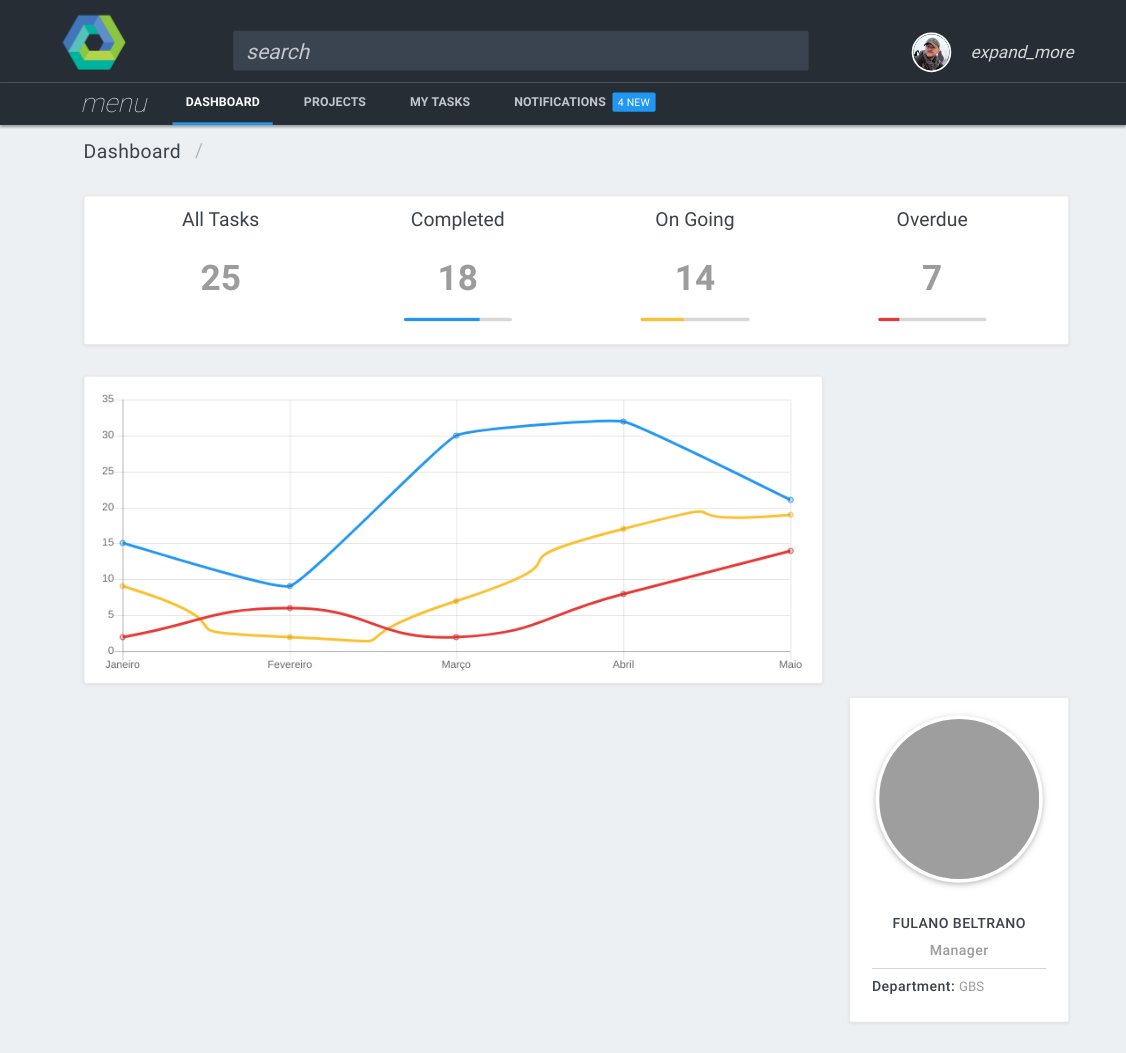
Repository: RenanChagas/ProjectManagement
Page: http://localhost/finalproject/WEB-INF/views/dashboard.jsp
The author's editor kept a copy of each file at every save. The page is drawn from the files as they stood at one save, then again after the next save.
The browser window is 1280 px wide. The pictures show the whole page, at 88% of full size.
Pictures or frames that could not be fetched are drawn as grey boxes. The page is served by Tomcat 9. Nobody is signed in. Other server files are loaded and not shown. The template is opened directly, without the code that normally fills it, so the values that code supplies are empty.

Above is the page before, as saved 2017-08-27 17:02:28.

### finalproject/src/main/webapp/WEB-INF/views/dashboard.jsp
<%@ page language="java" contentType="text/html; charset=ISO-8859-1" pageEncoding="ISO-8859-1"%>
<%@ taglib prefix="c" uri="http://java.sun.com/jsp/jstl/core"%>
<%@ taglib prefix="form" uri="http://www.springframework.org/tags/form"%>
<%@ taglib prefix="t" uri="http://www.springframework.org/tags"%>

<!DOCTYPE html>
<html lang="en">
<head>
  <meta http-equiv="Content-Type" content="text/html; charset=UTF-8"/>
  <meta name="viewport" content="width=device-width, initial-scale=1, maximum-scale=1.0"/>
  <title>Course Management</title>

  <!-- CSS  -->
  <link href="https://fonts.googleapis.com/icon?family=Material+Icons" rel="stylesheet">
  <link type="text/css" rel="stylesheet" media="screen,projection" href="<c:url value='/static/css/materialize.css' />"/>
  <link type="text/css" rel="stylesheet" media="screen,projection" href="<c:url value='/static/css/custom-css.css' />"/>

  <!--  Scripts-->
  <script src="<c:url value="/static/js/jquery-2.1.1.min.js" />"></script>
  <script src="<c:url value="/static/js/materialize.js" />"></script>
  <script src="<c:url value="/static/js/Chart.js" />"></script>
  <script src="<c:url value="/static/js/menu.js" />"></script>


</head>
<body>

	<!-- NAV TOP  -->
	<nav id="logo_nav" class="MDC-navbar-style MDC-shadow-0 hide-on-small-and-down">
    	<div class="nav-wrapper MDC-nav-margin">
    		<!--  NAV CONTAINER -->
      		<div class="row MDC-nav-top-container ">

        	<!-- Logo -->
        	<div class="col s12 m3 l2">
          		<div class="MDC-nav-logo-position">
          			<img src="<c:url value="/static/images/default/logo.png"/>" class="MDC-nav-logo-size"/>
          		</div>
        	</div>

        	<!-- Search -->
        	<div class="col s12 m7 l7">
          		<div class="MDC-nav-search-position">
            	<form>
              		<div class="input-field">
                		<input id="search" type="search" class="MDC-nav-search-focus" required>
                		<label class="label-icon" for="search"><i class="material-icons MDC-nav-search-focus">search</i></label>
                  		<i class="material-icons MDC-nav-search-focus">close</i>
              		</div>
            	</form>
          		</div>
        	</div>

        	<!-- Avatar -->
        	<div class="col s12 m2 l3">
          		<div class="MDC-nav-account-position">
	            	<!-- Dropdown Trigger -->
	            	<a class="dropdown-button " data-beloworigin="true"
	               		href='#' data-activates='account-dropdown'>
	               		<div class="MDC-nav-account-option-position hide-on-med-and-down">
	                		 <i class="material-icons MDC-icon-small MDC-color-grey-light">expand_more</i>
	               		</div>
	               		<span class="MDC-login-text MDC-nav-account-text-position
	               					MDC-color-grey-light hide-on-med-and-down">
	                 	${user.username}
	               		</span>
	               		<img src="<c:url value="/static/images/users/renanchagasw/renanchagasw.png"/>"
	               				class="MDC-avatar-circle-small mdc-nav-avatar-position"/>
	            	</a>
	            	<!-- Dropdown Structure -->
	            	<ul id='account-dropdown' class='dropdown-content MDC-nav-account-dropdown-position'>
	              		<li><a id="profile" class="modal-trigger MDC-color-grey-dark-2 MDC-font-15" href="profile">Profile</a></li>
	              		<li><a class="MDC-color-grey-dark-2 MDC-font-15" href="#!">Report a Problem</a></li>
	              		<li class="divider"></li>
	              		<li><a class="MDC-color-grey-dark-2 MDC-font-15" href="logout">Logout</a></li>
	            	</ul>
          		</div>
        	</div>

			</div>
			<!--  NAV CONTAINER - END-->
		</div>
	</nav>
	<!-- NAV TOP - END -->

  	<!-- NAV MENU  -->
  <div class="MDC-menu-fullWidth">
    <div class="MDC-shadow-bottom">
      <header class="MDC-shadow-bottom">
        <nav id="menu_nav" class="MDC-navbar-menu-size MDC-navbar-style MDC-shadow-0 MDC-nav-margin">
          <div class="nav-wrapper MDC-nav-margin MDC-left">
            <!-- MENU ROW -->
            <div class="row">
              <div class="col">
                <div class="MDC-nav-menu-container">

                  <ul id="nav-mobile" class="MDC-nav-menu-ul left left-align">
                    <a href="#" id="mobile-icon" onclick="openNav()" class="left MDC-padding-mobile-0
                    MDC-hover-none">
                      <i class="material-icons MDC-nav-tabs-icon MDC-color-grey-light">
                        menu
                      </i>
                    </a>
                    <li class="MDC-navbar-menu"><a class="active MDC-navbar-active" href="#!">Dashboard</a></li>
                    <li class="MDC-navbar-menu"><a href="#!">Projects</a></li>
                    <li class="MDC-navbar-menu"><a href="#!">My Tasks</a></li>
                    <li class="MDC-navbar-menu"><a  href="#!">Notifications
                      <span class="new badge MDC-notification-badge-style" data-badge-caption="">
                        <font class="MDC-font-weight-400">4 NEW</font>
                      </span>
                      </a>
                    </li>
                  </ul>
                  <div id="mySidenav" class="MDC-sidenav">
                    <a href="javascript:void(0)" class="MDC-closebtn" onclick="closeNav()">x</a>
                    <a href="#">About</a>
                    <a href="#">Services</a>
                    <a href="#">Clients</a>
                    <a href="#">Contact</a>
                  </div>

                </div>
              </div>
            </div>
            <!-- MENU ROW - END -->
          </div>
        </nav>
      </header>
    </div>
  </div>
  <!-- NAV MENU - END -->

  <!-- TITLE PAGE -->
  <div class="row  MDC-page-center MDC-page-container">
    <div class="col MDC-padding-0 left">
      <div class="MDC-page-title-size">
        <font class="MDC-h5-style MDC-color-grey-dark-2 MDC-display-inline">Dashboard</font>
        <font class="MDC-h5-style MDC-color-grey-light-2 MDC-display-inline MDC-relative
                     MDC-news-counterBar-position">/
        </font>
        <font class="MDC-h5-style MDC-color-blue MDC-display-inline">${user.username}</font>

      </div>
    </div>
  </div>
  <!-- TITLE PAGE - END -->

  <!-- RESUME CONTAINER -->
  <div class="MDC-page-center MDC-page-container">
    <!-- RESUME CONTENT -->
    <div class="row MDC-page-margin-top">
      <div class="col l12 MDC-padding-0 MDC-margin-right40">
        <div class="MDC-card MDC-dashboard-card-size">
          <div class="MDC-card-news-container">

            <!-- All Courses -->
            <div class="col l3">
              <div class="row center">
                <font class="MDC-font-22 MDC-color-grey-dark-2">
                  All Tasks
                </font>
              </div>
              <div class="row center">
                <font class="MDC-font-60 MDC-font-bold MDC-color-grey">
                  25
                </font>
              </div>
            </div>

            <!-- Completed Courses -->
            <div class="col l3">
              <div class="row center">
                <font class="MDC-font-22 MDC-color-grey-dark-2">
                  Completed
                </font>
              </div>
              <div class="row center">
                <font class="MDC-font-60 MDC-font-bold MDC-color-grey ">
                  18
                </font>
                <div class="progress MDC-progressBar-50 MDC-margin-0 MDC-top15 MDC-background-grey-light">
                  <div class="determinate" style="width: 70%"></div>
                </div>
              </div>
            </div>

            <!-- Missing Courses -->
            <div class="col l3">
              <div class="row center">
                <font class="MDC-font-22 MDC-color-grey-dark-2">
                  On Going
                </font>
              </div>
              <div class="row center">
                <font class="MDC-font-60 MDC-font-bold MDC-color-grey ">
                  14
                </font>
                <div class="progress MDC-progressBar-50 MDC-margin-0 MDC-top15 MDC-background-grey-light">
                  <div class="determinate yellow darken-2" style="width: 40%"></div>
                </div>
              </div>
            </div>

            <!-- Overdue Courses -->
            <div class="col l3">
              <div class="row center">
                <font class="MDC-font-22 MDC-color-grey-dark-2">
                  Overdue
                </font>
              </div>
              <div class="row center">
                <font class="MDC-font-60 MDC-font-bold MDC-color-grey ">
                  7
                </font>
                <div class="progress MDC-progressBar-50 MDC-margin-0 MDC-top15 MDC-background-grey-light">
                  <div class="determinate red darken-1" style="width: 20%"></div>
                </div>
              </div>
            </div>

          </div>
        </div>
      </div>
    </div>
    <!-- RESUME CONTENT - END -->

    <!-- Graphics -->
    <div class="row">
      <div class="col l9 MDC-padding-0 MDC-margin-right40">
        <div class="MDC-card MDC-dashboardGraphics-card-size">
          <div class="MDC-card-news-container">

            <div>
                <canvas class="MDC-margin-top20" id="chartjs-0" width="100" height="320"></canvas>
            </div>
            <script>
            new Chart(document.getElementById("chartjs-0"), {
              type: 'line',
              data: {
                labels: ["Janeiro", "Fevereiro", "Março", "Abril", "Maio"],
                datasets: [
                  {
                    label: "Tasks Completed",
                    borderColor: "#2196F3",
                    data: [15,9,30,32,21],
                    fill: false,
                    lineTension: 0.1
                  },
                  {
                    label: "Tasks Ovedue",
                    borderColor: "#e53935",
                    data: [2,6,2,8,14],
                    fill: false,
                    lineTension: 0.5
                  },
                  {
                    label: "Tasks On Going",
                    borderColor: "#fbc02d",
                    data: [9,2,7,17,19],
                    fill: false,
                    lineTension: 0.9
                  }
                ]
              },
              "options":{
                "legend": {
                  display: false
                },
                "responsive": true,
                "maintainAspectRatio": false,
                "scales": {
                  "xAxes": [{
                            "gridLines": {
                              display:true
                            }
                  }],
                  "yAxes": [{
                            "gridLines": {
                              display:true
                            }
                            }]
                  }
              }
            });

            </script>

          </div>
        </div>
      </div>

      <!-- Courses -->
      <div class="col MDC-padding-0 right">
        <div class="MDC-card MDC-course-card-size">

          <!-- Image -->
          <a href="#">
            <div class="row center MDC-margin-top20">
              <img src="images/temp/man-profile-circle-4.png"
                class="MDC-avatar-circle-large MDC-shadow-default"/>
            </div>
          </a>

          <!-- Title -->
          <div class="row center MDC-margin-bottom-10">
            <font class="truncate MDC-font-course-title MDC-color-grey-dark-2">
                Fulano Beltrano
              </font>
          </div>

          <!-- Time Course -->
          <div class="row center MDC-margin-bottom-10">
            <font class="truncate MDC-font-course-title MDC-uppercase-none
                        MDC-color-grey">
              Manager
            </font>
          </div>

          <!-- Member Course -->
          <div class="row MDC-margin-top10 MDC-width-80perc">
            <div class="MDC-divider"></div>
            <font class="truncate MDC-font-course-title MDC-uppercase-none
                        MDC-color-grey-dark-2">
                Department:
            </font>
            <font class="MDC-color-grey">GBS</font>
          </div>
        <!-- CARD END -->
        </div>
      </div>
      <!-- Courses END -->


    </div>


  </div>
  <!-- RESUME CONTAINER - END -->

</body>
</html>

Loaded but not shown: finalproject/src/main/webapp/static/css/materialize.css (library); finalproject/src/main/webapp/static/js/jquery-2.1.1.min.js (library); finalproject/src/main/webapp/static/js/materialize.js (library); finalproject/src/main/webapp/static/js/Chart.js (library); finalproject/src/main/webapp/static/js/menu.js (49 lines, source omitted); finalproject/src/main/webapp/static/css/custom-css.css (1593 lines, source omitted)

After the next save:
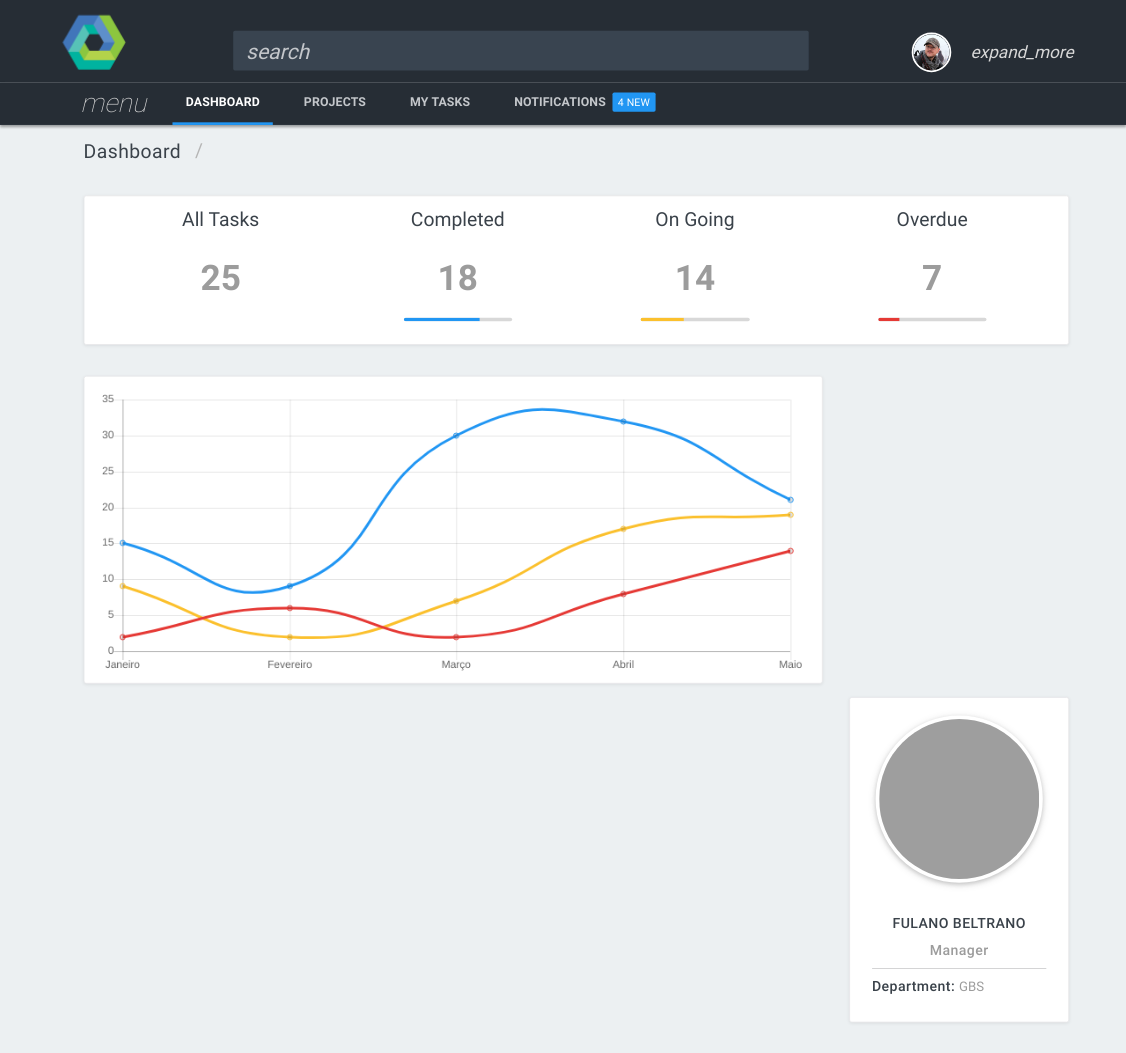
Saved 13 s later.
--- a/finalproject/src/main/webapp/WEB-INF/views/dashboard.jsp
+++ b/finalproject/src/main/webapp/WEB-INF/views/dashboard.jsp
@@ -244,7 +244,7 @@
                     borderColor: "#2196F3",
                     data: [15,9,30,32,21],
                     fill: false,
-                    lineTension: 0.1
+                    lineTension: 0.5
                   },
                   {
                     label: "Tasks Ovedue",
@@ -258,7 +258,7 @@
                     borderColor: "#fbc02d",
                     data: [9,2,7,17,19],
                     fill: false,
-                    lineTension: 0.9
+                    lineTension: 0.5
                   }
                 ]
               },
